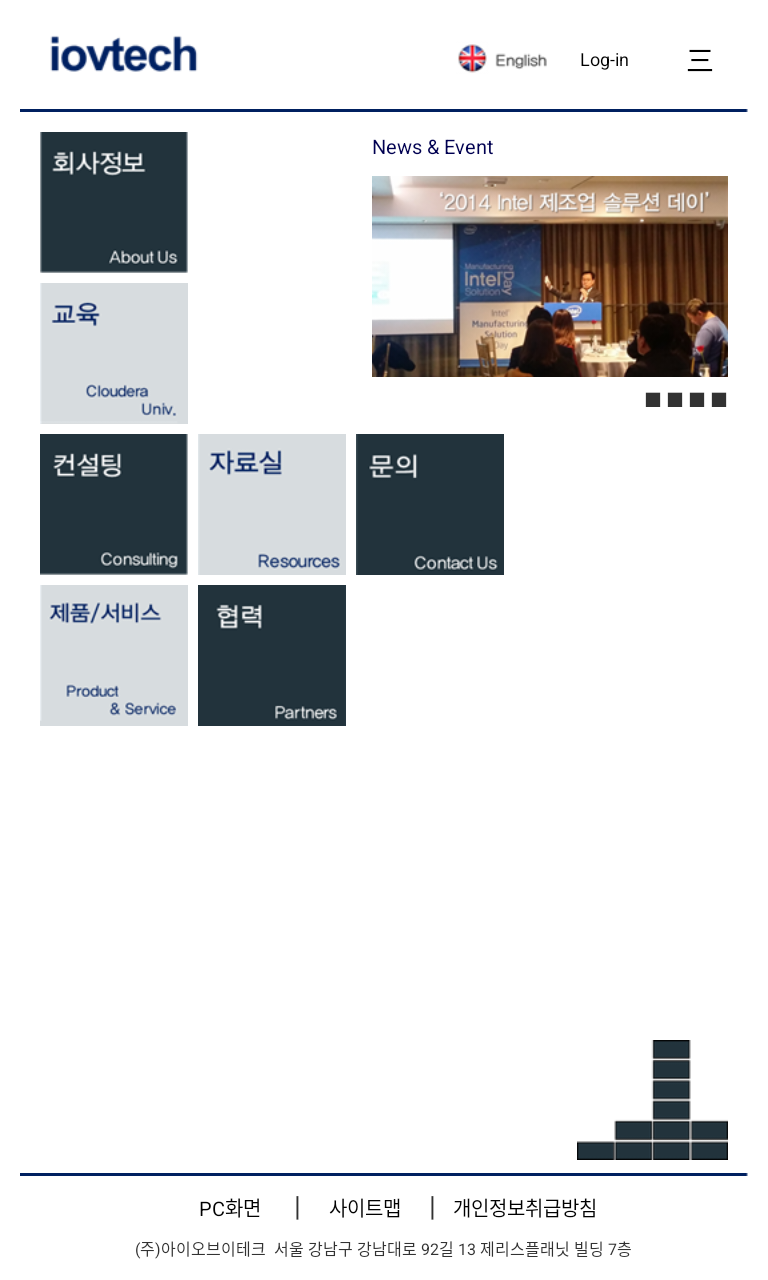
Repository: hyekkyung/CDH_Tutorials
Layout: Mobile_IOV/res/layout/m_main_kor.xml
The author's editor kept a copy of each file at every save. The layout is drawn from the files as they stood at one save, then again after the next save.
It is drawn on a 768 x 1280 px phone screen (xhdpi) without system bars, with theme AppTheme; the app's code is not run.

Above is the layout before, as saved 2015-02-02 07:54:52.

### Mobile_IOV/res/layout/m_main_kor.xml
<?xml version="1.0" encoding="utf-8"?>
<RelativeLayout xmlns:android="http://schemas.android.com/apk/res/android"
    android:layout_width="match_parent"
    android:layout_height="match_parent"
    android:paddingLeft="10sp"
    android:paddingRight="10sp"
    android:paddingBottom="10sp"
    android:paddingTop="5sp" >

    <LinearLayout
        android:id="@+id/linearLayout1"
        android:layout_width="wrap_content"
        android:layout_height="wrap_content"
        android:layout_alignParentLeft="true"
        android:layout_alignParentRight="true"
        android:layout_alignParentTop="true" >

        <ImageButton
       		android:id="@+id/home_btn"
            style="?android:attr/buttonStyleSmall"
            android:layout_width="wrap_content"
            android:layout_height="wrap_content"
            android:background="#FFFFFF"
            android:src="@drawable/logo_03" />

        <ImageButton
       		android:id="@+id/kor_btn"
            style="?android:attr/buttonStyleSmall"
            android:layout_width="wrap_content"
            android:layout_height="wrap_content"
            android:background="#FFFFFF"
            android:layout_weight="0.5"
            android:layout_marginLeft="25sp"
            android:onClick="mOnclick" />

        <ImageView
       		android:id="@+id/lang_btn"
            android:layout_width="wrap_content"
            android:layout_height="wrap_content"
            android:background="@drawable/eng_btn"
            android:paddingLeft="3sp"
            android:onClick="mOnclick"
            android:layout_gravity="center" />

        <Button
       		android:id="@+id/join_btn"
            style="?android:attr/buttonStyleSmall"
            android:layout_width="wrap_content"
            android:layout_height="wrap_content"
            android:background="#FFFFFF"
            android:text="Log-in"
            android:textSize="9sp"
            android:layout_gravity="center" />

        <Button
       		android:id="@+id/sub_btn"
            style="?android:attr/buttonStyleSmall"
            android:layout_width="wrap_content"
            android:layout_height="wrap_content"
            android:background="#FFFFFF"
            android:text="三"
            android:layout_gravity="center" />

    </LinearLayout>

    <ImageView
        android:id="@+id/imageView1"
        android:layout_width="wrap_content"
        android:layout_height="wrap_content"
        android:layout_below="@+id/linearLayout1"
        android:layout_centerHorizontal="true"
        android:src="@drawable/sep_line" />

    <TextView
        android:id="@+id/textView1"
        android:layout_width="wrap_content"
        android:layout_height="wrap_content"
        android:layout_alignParentBottom="true"
        android:layout_centerHorizontal="true"
        android:paddingTop="5sp"
        android:text="(주)아이오브이테크  서울 강남구 강남대로 92길 13 제리스플래닛 빌딩 7층"
        android:textSize="8sp" />

    <LinearLayout
        android:id="@+id/linearLayout2"
        android:layout_width="wrap_content"
        android:layout_height="wrap_content"
        android:layout_above="@+id/textView1"
        android:layout_centerHorizontal="true" >

        <Button
            android:id="@+id/pc_btn"
            android:layout_width="wrap_content"
            android:layout_height="20sp"
            android:background="#FFFFFF"
            android:text=" PC화면 "
            android:textSize="10sp" />

        <TextView
            android:layout_width="wrap_content"
            android:layout_height="wrap_content"
            android:text="|"
            android:textAppearance="?android:attr/textAppearanceSmall" />

        <Button
            android:id="@+id/sitemap_btn"
            android:layout_width="wrap_content"
            android:layout_height="20sp"
            android:background="#FFFFFF"
            android:text=" 사이트맵 "
            android:textSize="10sp" />

        <TextView
            android:layout_width="wrap_content"
            android:layout_height="wrap_content"
            android:text="| "
            android:textAppearance="?android:attr/textAppearanceSmall" />

        <Button
            android:id="@+id/personal_btn"
            android:layout_width="wrap_content"
            android:layout_height="20sp"
            android:background="#FFFFFF"
            android:text="  개인정보취급방침 "
            android:textSize="10sp" />
    </LinearLayout>

    <ImageView
        android:id="@+id/imageView3"
        android:layout_width="wrap_content"
        android:layout_height="wrap_content"
        android:layout_above="@+id/linearLayout2"
        android:layout_alignLeft="@+id/imageView1"
        android:paddingTop="5sp"
        android:paddingBottom="5sp"
        android:src="@drawable/sep_line" />

    <RelativeLayout
        android:layout_width="wrap_content"
        android:layout_height="wrap_content"
        android:layout_alignBottom="@+id/imageView3"
        android:layout_alignParentLeft="true"
        android:layout_alignRight="@+id/imageView3"
        android:layout_below="@+id/imageView1"
        android:paddingLeft="10sp"
        android:paddingRight="10sp"
        android:paddingTop="10sp"
        android:paddingBottom="10sp" >

        <ImageButton
            android:id="@+id/event_1"
            android:layout_width="wrap_content"
            android:layout_height="wrap_content"
            android:layout_alignParentRight="true"
            android:layout_below="@+id/textView2"
            android:src="@drawable/event_1"
            android:background="#FFFFFF"
            android:paddingTop="5sp" />

        <TextView
            android:id="@+id/textView2"
            android:layout_width="wrap_content"
            android:layout_height="wrap_content"
            android:layout_alignLeft="@+id/event_1"
            android:layout_alignParentTop="true"
            android:text="News &amp; Event"
            android:textColor="#000051"
            android:textSize="10sp"
            android:paddingBottom="3sp" />

        <ImageButton
            android:id="@+id/info_btn"
            android:layout_width="wrap_content"
            android:layout_height="wrap_content"
            android:layout_alignParentLeft="true"
            android:layout_alignTop="@+id/textView2"
            android:background="#FFFFFF"
            android:src="@drawable/icon_info" />

        <ImageButton
            android:id="@+id/edu_btn"
            android:layout_width="wrap_content"
            android:layout_height="wrap_content"
            android:layout_alignParentLeft="true"
            android:layout_below="@+id/info_btn"
            android:src="@drawable/icon_edu"
            android:background="#FFFFFF"
            android:paddingTop="5sp" />

        <ImageButton
            android:id="@+id/consult_btn"
            android:layout_width="wrap_content"
            android:layout_height="wrap_content"
            android:layout_alignParentLeft="true"
            android:layout_below="@+id/edu_btn"
            android:src="@drawable/icon_consult"
            android:background="#FFFFFF"
            android:paddingTop="5sp" />

        <ImageButton
            android:id="@+id/product_btn"
            android:layout_width="wrap_content"
            android:layout_height="wrap_content"
            android:layout_alignParentLeft="true"
            android:layout_below="@+id/consult_btn"
            android:src="@drawable/icon_product"
            android:background="#FFFFFF"
            android:paddingTop="5sp" />

        <ImageButton
            android:id="@+id/ref_btn"
            android:layout_width="wrap_content"
            android:layout_height="wrap_content"
            android:layout_alignTop="@+id/consult_btn"
            android:layout_toRightOf="@+id/consult_btn"
            android:src="@drawable/icon_resource"
            android:background="#FFFFFF"
            android:paddingTop="5sp"
            android:paddingLeft="5sp" />

        <ImageButton
            android:id="@+id/partner_btn"
            android:layout_width="wrap_content"
            android:layout_height="wrap_content"
            android:layout_alignLeft="@+id/ref_btn"
            android:layout_alignTop="@+id/product_btn"
            android:src="@drawable/icon_partner"
            android:background="#FFFFFF"
            android:paddingTop="5sp"
            android:paddingLeft="5sp" />

        <ImageButton
            android:id="@+id/contact_btn"
            android:layout_width="wrap_content"
            android:layout_height="wrap_content"
            android:layout_alignTop="@+id/ref_btn"
            android:layout_toRightOf="@+id/ref_btn"
            android:src="@drawable/icon_contact"
            android:background="#FFFFFF"
            android:paddingTop="5sp"
            android:paddingLeft="5sp" />

        <ImageView
            android:id="@+id/imageView2"
            android:layout_width="wrap_content"
            android:layout_height="wrap_content"
            android:layout_alignParentBottom="true"
            android:layout_alignRight="@+id/event_1"
            android:src="@drawable/logo_graph"
            android:paddingBottom="3sp" />

        <TextView
            android:id="@+id/textView3"
            android:layout_width="wrap_content"
            android:layout_height="wrap_content"
            android:layout_alignRight="@+id/event_1"
            android:layout_below="@+id/event_1"
            android:text="■"
            android:textSize="12sp"
            android:paddingTop="2sp"
            android:paddingLeft="2sp" />

        <TextView
            android:id="@+id/textView4"
            android:layout_width="wrap_content"
            android:layout_height="wrap_content"
            android:layout_below="@+id/event_1"
            android:layout_toLeftOf="@+id/textView3"
            android:text="■"
            android:textSize="12sp"
            android:paddingTop="2sp"
            android:paddingLeft="2sp" />

        <TextView
            android:id="@+id/textView5"
            android:layout_width="wrap_content"
            android:layout_height="wrap_content"
            android:layout_below="@+id/event_1"
            android:layout_toLeftOf="@+id/textView4"
            android:text="■"
            android:textSize="12sp"
            android:paddingTop="2sp"
            android:paddingLeft="2sp" />

        <TextView
            android:id="@+id/textView6"
            android:layout_width="wrap_content"
            android:layout_height="wrap_content"
            android:layout_below="@+id/event_1"
            android:layout_toLeftOf="@+id/textView5"
            android:text="■"
            android:textSize="12sp"
            android:paddingTop="2sp"
            android:paddingLeft="2sp" />

    </RelativeLayout>

</RelativeLayout>

Loaded but not shown: Mobile_IOV/res/values/styles.xml (common file); Mobile_IOV/res/values-v11/styles.xml (common file); Mobile_IOV/res/values-v14/styles.xml (common file)

After the next save:
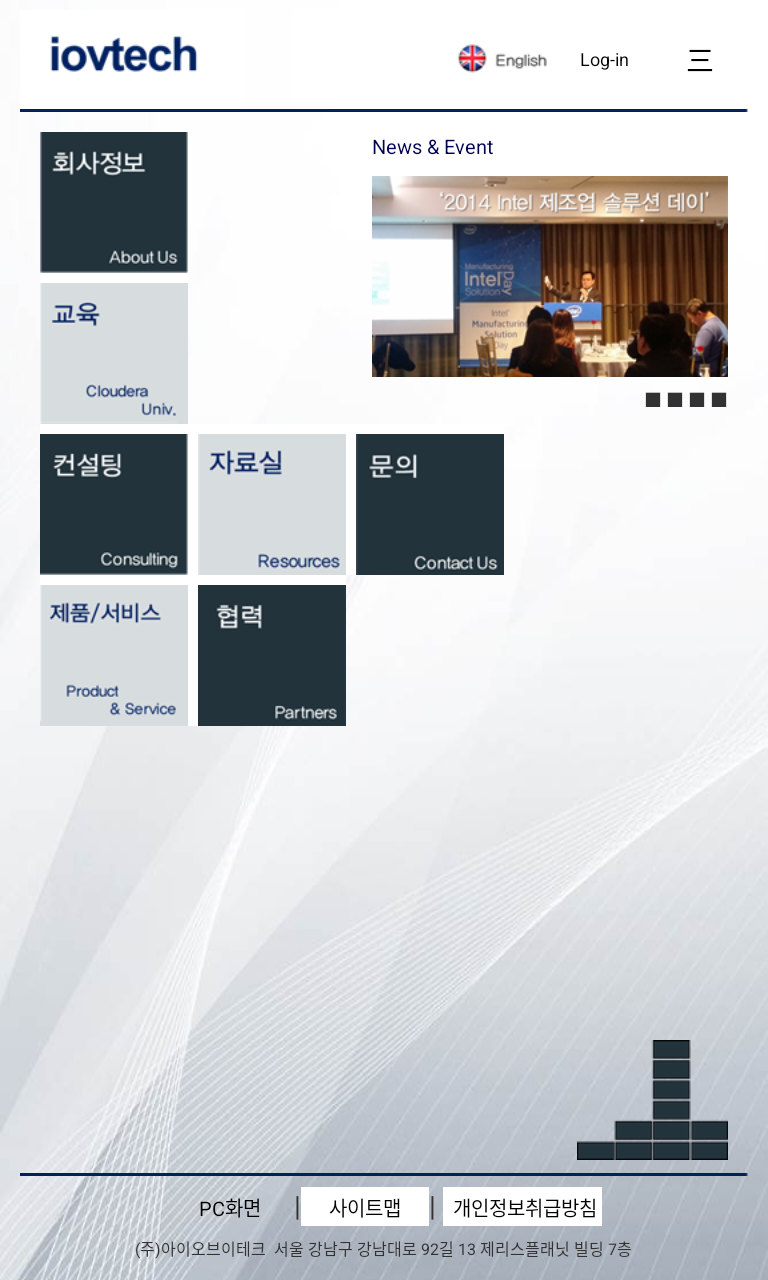
Saved 14 min 39 s later.
--- a/Mobile_IOV/res/layout/m_main_kor.xml
+++ b/Mobile_IOV/res/layout/m_main_kor.xml
@@ -2,9 +2,10 @@
 <RelativeLayout xmlns:android="http://schemas.android.com/apk/res/android"
     android:layout_width="match_parent"
     android:layout_height="match_parent"
+    android:background="@drawable/bg_main"
+    android:paddingBottom="10sp"
     android:paddingLeft="10sp"
     android:paddingRight="10sp"
-    android:paddingBottom="10sp"
     android:paddingTop="5sp" >
 
     <LinearLayout
@@ -92,7 +93,7 @@
             android:id="@+id/pc_btn"
             android:layout_width="wrap_content"
             android:layout_height="20sp"
-            android:background="#FFFFFF"
+            android:background="#0000000"
             android:text=" PC화면 "
             android:textSize="10sp" />
 
